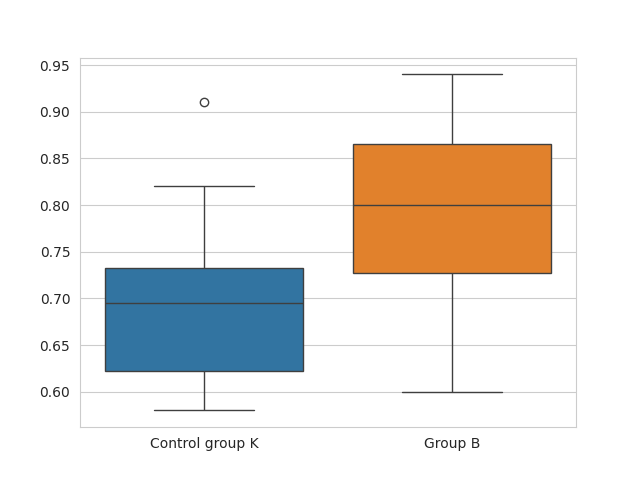
Repository: Kristina-Pianykh/DataScience
Script's output: python Uebungsblatt3/aufgabe2.py
The author's editor kept a copy of each file at every save. The script's output is drawn from the files as they stood at one save, then again after the next save.
Random numbers start from a fixed seed.

Above is the script's output before, as saved 2022-06-09 23:07:25.

### Uebungsblatt3/aufgabe2.py
import matplotlib.pyplot as plt
import numpy as np
import pandas as pd
import seaborn as sns
from scipy import stats

B = np.array([0.61, 0.79, 0.83, 0.66, 0.94, 0.78, 0.81, 0.60, 0.88, 0.90, 0.75, 0.86])
K = np.array([0.70, 0.58, 0.64, 0.70, 0.69, 0.80, 0.71, 0.63, 0.82, 0.60, 0.91, 0.59])


B_k2, B_p = stats.normaltest(B)
K_k2, K_p = stats.normaltest(K)
print(f"p-value for B: {B_p}")
print(f"p-value for K: {K_p}")

alpha = 0.05
# if p < alpha:  # null hypothesis: x comes from a normal distribution
#     print("The null hypothesis can be rejected")
# else:
#     print("The null hypothesis cannot be rejected")

t, p = stats.ttest_ind(B, K, equal_var=False, alternative="greater")
print(f"t statistic : {round(t, 4)}")
print(f"p-value : {round(p, 4)}")

# fig, axs = plt.subplots(1, 2)
# axs[0, 0].boxplot(B)

# plt.boxplot(B)
# fig = plt.figure()
# plt.boxplot(K, labels=["Control group K"])
# fig = plt.figure(figsize=(10.0, 7.0))
# plt.show()

data = pd.DataFrame({"Control group K": K, "Group B": B})
print(data)
sns.set_style("whitegrid")
sns.boxplot(data=data)
plt.show()

After the next save:
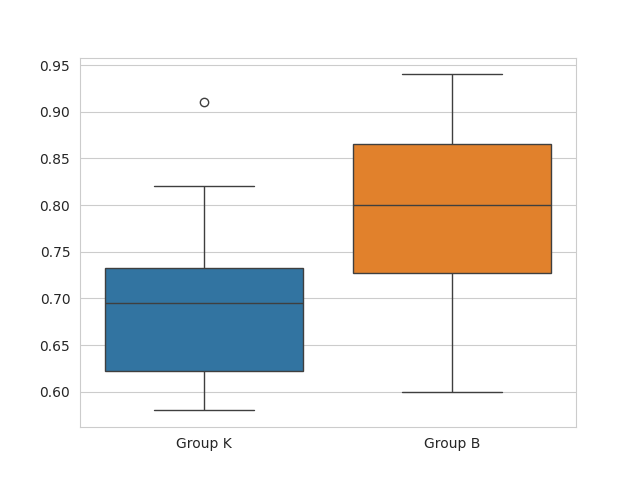
Saved 17 s later.
--- a/Uebungsblatt3/aufgabe2.py
+++ b/Uebungsblatt3/aufgabe2.py
@@ -32,7 +32,7 @@ print(f"p-value : {round(p, 4)}")
 # fig = plt.figure(figsize=(10.0, 7.0))
 # plt.show()
 
-data = pd.DataFrame({"Control group K": K, "Group B": B})
+data = pd.DataFrame({"Group K": K, "Group B": B})
 print(data)
 sns.set_style("whitegrid")
 sns.boxplot(data=data)
